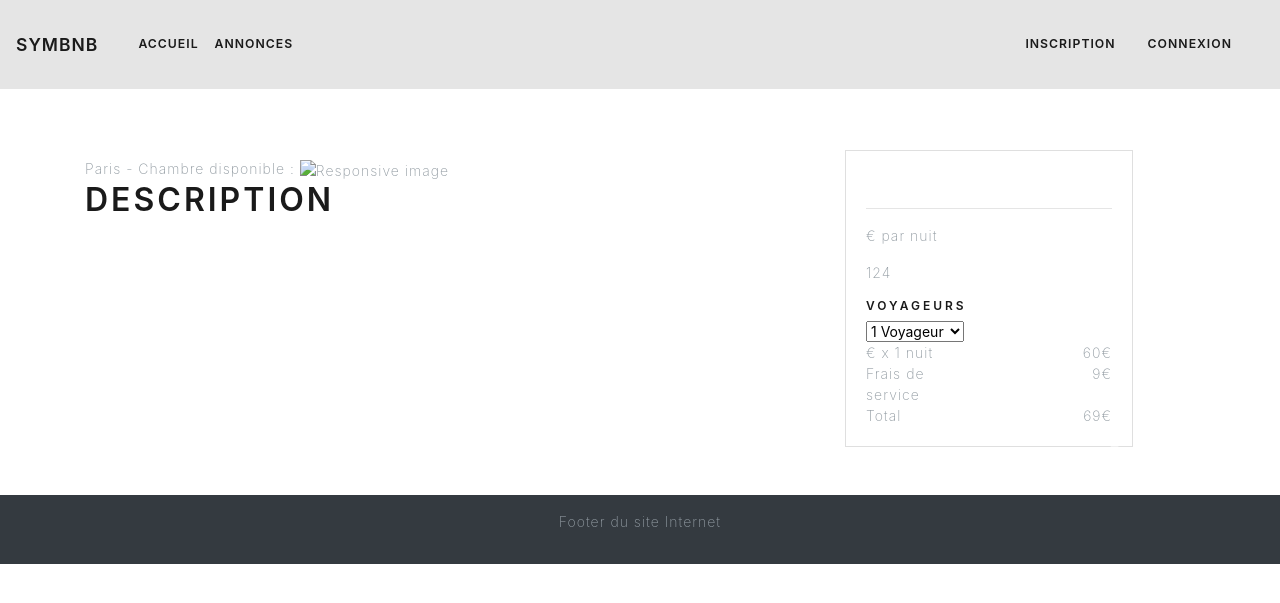
Repository: buzzEclair/symbnb
Page: templates/ad/show.html.twig
These files come from the project's save history. The page is drawn as it stood at one moment and after the next save; the edit follows.
The browser window is 1280 px wide. The pictures show the whole page.
Some web fonts or font styles are not loaded; a fallback is used. The page is a Twig template of a Symfony application; nobody is signed in and links lead nowhere. The template is opened directly, without the code that normally fills it, so the values that code supplies are empty.

Above is the page before, as saved 2019-03-04 14:34:54.

### templates/ad/show.html.twig
{% extends 'base.html.twig' %}

{% block title %}{{ad.title}}{% endblock %}

{% block body %}

<div class="container content-ad-page">

        <div class="row content-ad-rent">
            <div class="col-sm-8">
                <h3>{{ad.title}}</h3>
                <span class="city-ad">Paris - Chambre disponible : <span class="text-success">{{ad.rooms}}</span></span>

                <img src="{{ad.coverImage}}" class="img-fluid" alt="Responsive image">

                <div class="ad-description">
                    <h1>Description</h1>
                    <p>{{ad.introduction}}</p>

                    <p>{{ ad.content | raw }}</p>
                </div>
            </div>
            <div class="col-sm">
                <div class="card" style="width: 18rem;">
                    <div class="card-body">
                        <div class="row">
                            <div class="col-4"><img class="rounded-circle w-75" src="{{ad.author.picture}}" alt=""></div>
                            <div class="col-8">{{ad.author.firstName}} {{ad.author.lastName}}</div>
                        </div>

                        <hr />
                        <p class="card-info-1">
                            <span class="card-parameter-price">{{ ad.price }}</span> € par nuit
                        </p>
                        <p class="card-info-2">
                            <span class="card-parameter-stars">
                                <i class="fas fa-star"></i>
                                <i class="fas fa-star"></i>
                                <i class="fas fa-star"></i>
                                <i class="fas fa-star"></i>
                                <i class="fas fa-star"></i>
                            </span>
                            <span class="card-parameter-vote">124</span> <a href=""><span class="card-parameter-rank">
                                 <span class="text-uppercase"></span></span></a>
                        </p>
                        <h6>Voyageurs</h6>
                        <select name="n-voyageur" id="n-voyageur">
                            <option value="1 Voyageur">1 Voyageur</option>
                            <option value="2 Voyageurs">2 Voyageur</option>
                        </select>
                        <div class="row bill-calcul">
                            <div class="col-sm-6">
                                {{ad.price}}€ x 1 nuit
                            </div>
                            <div class="col-sm-6 text-right">
                                60€
                            </div>
                        </div>
                        <div class="row bill-calcul">
                            <div class="col-sm-6">
                                Frais de service
                            </div>
                            <div class="col-sm-6 text-right">
                                9€
                            </div>
                        </div>
                        <div class="row bill-calcul-total">
                            <div class="col-sm-6">
                                Total
                            </div>
                            <div class="col-sm-6 text-right">
                                69€
                            </div>
                        </div>
                    </div>
                </div>
            </div>
        </div>

        <div id="carouselExampleIndicators" class="carousel slide" data-ride="carousel">
                <ol class="carousel-indicators">
                    {% for image in ad.images %}
                     <li data-target="#carouselExampleIndicators" data-slide-to="{{ loop.index0 }}" {% if loop.first %}class="active"{% endif %}></li>
                    {% endfor %}
                </ol>
                <div class="carousel-inner">
                    {% for image in ad.images %}
                        <div class="carousel-item {% if loop.first %}active{% endif %}">
                            <img class="d-block w-100" src="{{ image.url }}" alt="First slide">
                            <div class="carousel-caption d-none d-md-block">
                                <h5>{{ ad.title }}</h5>
                                <p>{{ image.caption }}</p>
                            </div>
                        </div>
                    {% endfor %}
                </div>
                <a class="carousel-control-prev" href="#carouselExampleIndicators" role="button" data-slide="prev">
                    <span class="carousel-control-prev-icon" aria-hidden="true"></span>
                    <span class="sr-only">Previous</span>
                </a>
                <a class="carousel-control-next" href="#carouselExampleIndicators" role="button" data-slide="next">
                    <span class="carousel-control-next-icon" aria-hidden="true"></span>
                    <span class="sr-only">Next</span>
                </a>
            </div>
    </div>



{% endblock %}

### templates/base.html.twig
<!DOCTYPE html>
<html>
    <head>
        <meta charset="UTF-8">
        <title>{% block title %}Welcome!{% endblock %}</title>
        <link rel="stylesheet" href="/css/bootstrap.min.css">
        <link rel="stylesheet" href="/css/base.css">
        {% block stylesheets %}{% endblock %}
    </head>
    <body>

        {% include 'partials/header.html.twig' %}

        <style>
            .container{padding-top: 150px;}
        </style>
        {% block body %}{% endblock %}
        {% include 'partials/footer.html.twig' %}
        <script src="/js/jquery.min.js"></script>
        <script src="/js/popper.min.js"></script>
        <script src="/js/bootstrap.min.js"></script>
        {% block javascripts %}{% endblock %}
    </body>
</html>

### templates/partials/header.html.twig
<nav class="navbar navbar-expand-lg">
    <a class="navbar-brand" href="{{path('homepage')}}">Symbnb</a>
    <button class="navbar-toggler" type="button" data-toggle="collapse" data-target="#navbarColor01" aria-controls="navbarColor01" aria-expanded="false" aria-label="Toggle navigation">
        <span class="navbar-toggler-icon">Menu</span>
    </button>

    <div class="collapse navbar-collapse" id="navbarColor01">
        <ul class="navbar-nav mr-auto">
            <li class="">
                <a class="nav-link" href="{{path('homepage')}}">Accueil </a>
            </li>
            <li class="">
                <a class="nav-link" href="{{path('ads_index')}}">Annonces </a>
            </li>
        </ul>

        <ul class="navbar-nav ml-auto">
            {% if app.user %}
                <li class="nav-item">
                    <a href="{{ path('account_logout') }}">déconnexion</a>
                </li>
            {% else %}
                <li class="nav-item">
                    <a href="{{ path('account_register') }}">Inscription</a>
                </li>
                <li class="nav-item">
                    <a href="{{ path('account_login') }}">Connexion</a>
                </li>
            {% endif %}

        </ul>
    </div>
</nav>

{% for label, messages in app.flashes %}
    <div class="container">
        <div class="alert alert-success">
            {% for message in messages %}
                <p>{{ message | raw }}</p>
            {% endfor %}
        </div>
    </div>
{% endfor %}

### templates/partials/footer.html.twig
<footer class="mt-5 bg-dark py-3 text-center">
    <p>Footer du site Internet</p>
</footer>

### public/css/base.css
.navbar{
    position: absolute;
    z-index: 10;
    width: 100%;
    background: rgba(0, 0, 0, 0.1);
}

Loaded but not shown: public/css/bootstrap.min.css (library); public/js/jquery.min.js (library); public/js/popper.min.js (library); public/js/bootstrap.min.js (library)

After the next save:
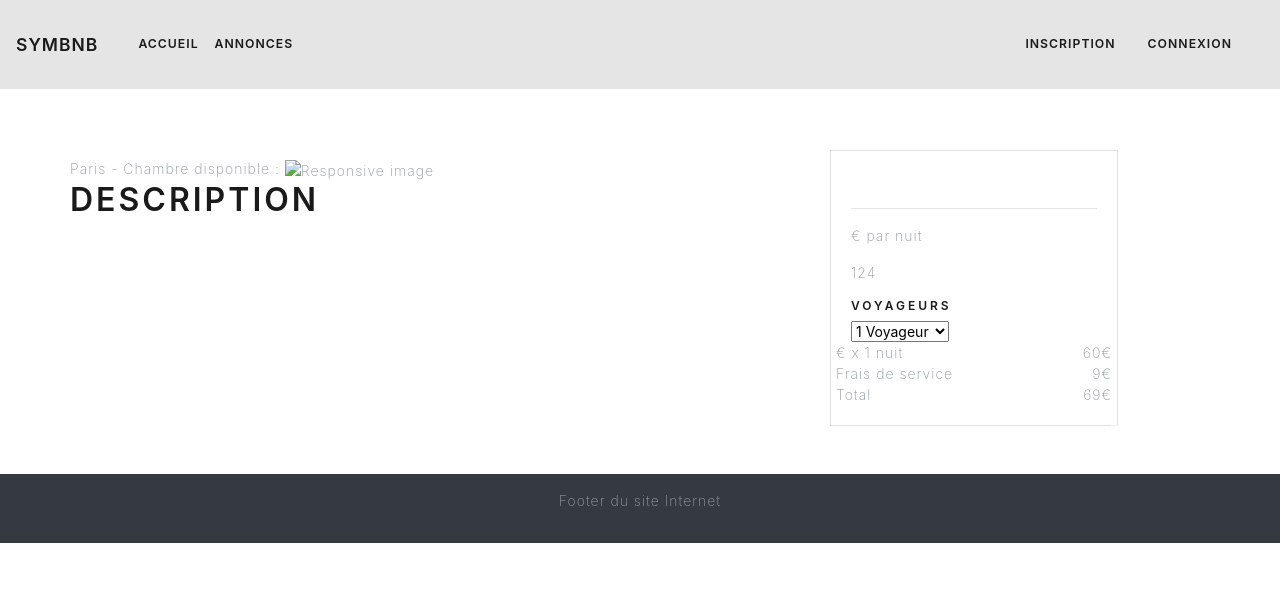
Saved 89 s later.
--- a/public/css/base.css
+++ b/public/css/base.css
@@ -4,3 +4,7 @@
     width: 100%;
     background: rgba(0, 0, 0, 0.1);
 }
+
+.col-1, .col-2, .col-3, .col-4, .col-5, .col-6, .col-7, .col-8, .col-9, .col-10, .col-11, .col-12, .col, .col-auto, .col-sm-1, .col-sm-2, .col-sm-3, .col-sm-4, .col-sm-5, .col-sm-6, .col-sm-7, .col-sm-8, .col-sm-9, .col-sm-10, .col-sm-11, .col-sm-12, .col-sm, .col-sm-auto, .col-md-1, .col-md-2, .col-md-3, .col-md-4, .col-md-5, .col-md-6, .col-md-7, .col-md-8, .col-md-9, .col-md-10, .col-md-11, .col-md-12, .col-md, .col-md-auto, .col-lg-1, .col-lg-2, .col-lg-3, .col-lg-4, .col-lg-5, .col-lg-6, .col-lg-7, .col-lg-8, .col-lg-9, .col-lg-10, .col-lg-11, .col-lg-12, .col-lg, .col-lg-auto, .col-xl-1, .col-xl-2, .col-xl-3, .col-xl-4, .col-xl-5, .col-xl-6, .col-xl-7, .col-xl-8, .col-xl-9, .col-xl-10, .col-xl-11, .col-xl-12, .col-xl, .col-xl-auto {
+    padding: 0;
+}

After the save that followed:
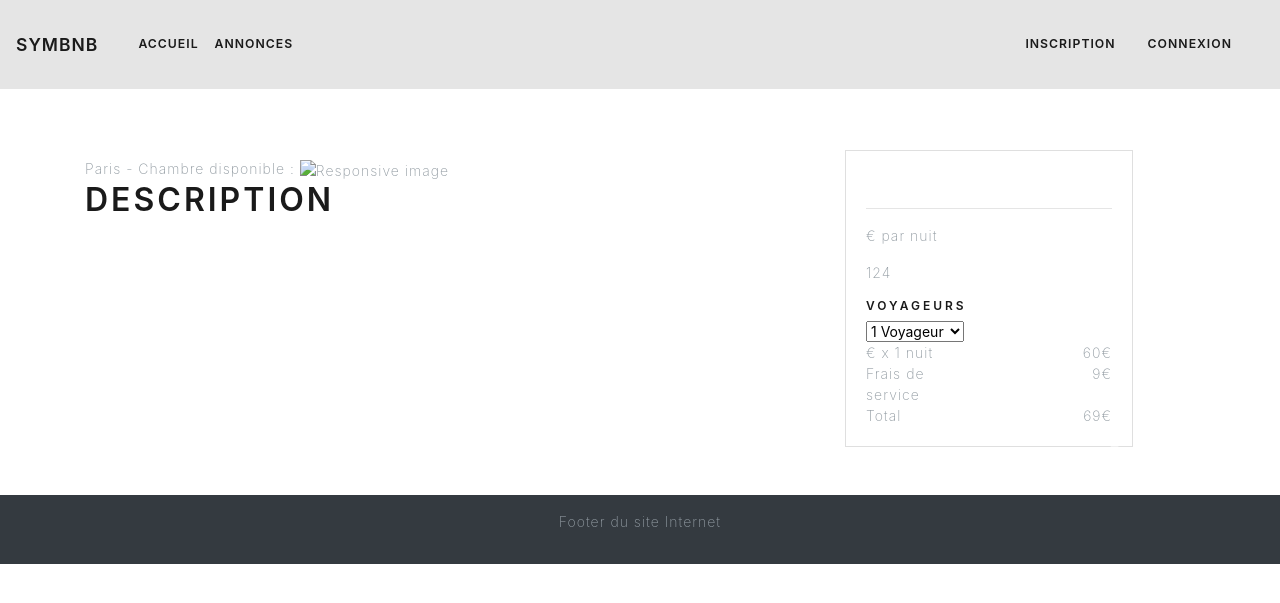
Saved 12 s later.
--- a/public/css/base.css
+++ b/public/css/base.css
@@ -4,7 +4,3 @@
     width: 100%;
     background: rgba(0, 0, 0, 0.1);
 }
-
-.col-1, .col-2, .col-3, .col-4, .col-5, .col-6, .col-7, .col-8, .col-9, .col-10, .col-11, .col-12, .col, .col-auto, .col-sm-1, .col-sm-2, .col-sm-3, .col-sm-4, .col-sm-5, .col-sm-6, .col-sm-7, .col-sm-8, .col-sm-9, .col-sm-10, .col-sm-11, .col-sm-12, .col-sm, .col-sm-auto, .col-md-1, .col-md-2, .col-md-3, .col-md-4, .col-md-5, .col-md-6, .col-md-7, .col-md-8, .col-md-9, .col-md-10, .col-md-11, .col-md-12, .col-md, .col-md-auto, .col-lg-1, .col-lg-2, .col-lg-3, .col-lg-4, .col-lg-5, .col-lg-6, .col-lg-7, .col-lg-8, .col-lg-9, .col-lg-10, .col-lg-11, .col-lg-12, .col-lg, .col-lg-auto, .col-xl-1, .col-xl-2, .col-xl-3, .col-xl-4, .col-xl-5, .col-xl-6, .col-xl-7, .col-xl-8, .col-xl-9, .col-xl-10, .col-xl-11, .col-xl-12, .col-xl, .col-xl-auto {
-    padding: 0;
-}
